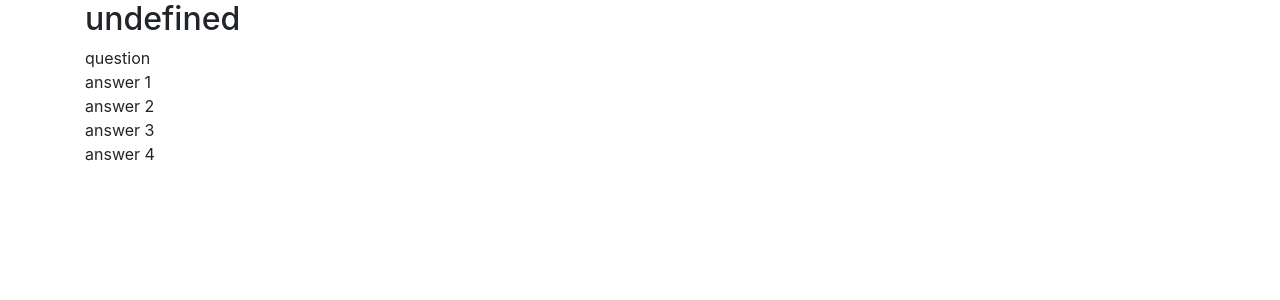
Repository: dsaftler/Trivia
Page: index.html
The author's editor kept a copy of each file at every save. The page is drawn from the files as they stood at one save, then again after the next save.
The browser window is 1280 px wide. The pictures show the whole page.

Above is the page before, as saved 2019-04-12 17:39:15.

After the next save:
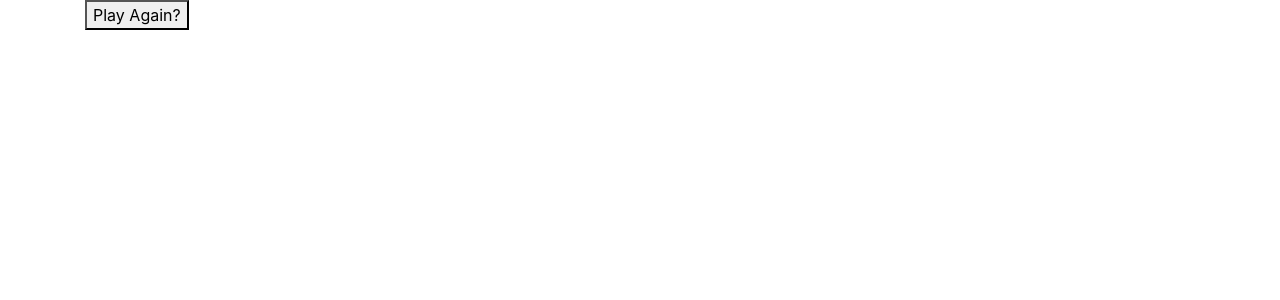
Saved 46 s later.
--- a/assets/javascript/app.js
+++ b/assets/javascript/app.js
@@ -25,7 +25,7 @@
 $("document").ready(function () {
   //qArray.forEach(function initGame(currentVal){
  //for (let i=0; i<qArray.length;i++){
-   loadGame();
+   //loadGame();
    seconds=30;
   //  $(".answers").click(function () {
   //   var $target = $(this).attr("id")

After the save that followed:
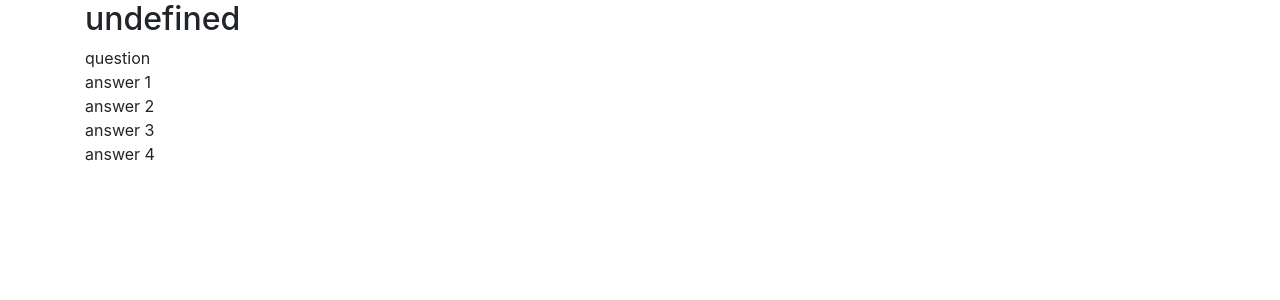
Saved 49 s later.
--- a/assets/javascript/app.js
+++ b/assets/javascript/app.js
@@ -25,7 +25,7 @@
 $("document").ready(function () {
   //qArray.forEach(function initGame(currentVal){
  //for (let i=0; i<qArray.length;i++){
-   //loadGame();
+   loadGame();
    seconds=30;
   //  $(".answers").click(function () {
   //   var $target = $(this).attr("id")
